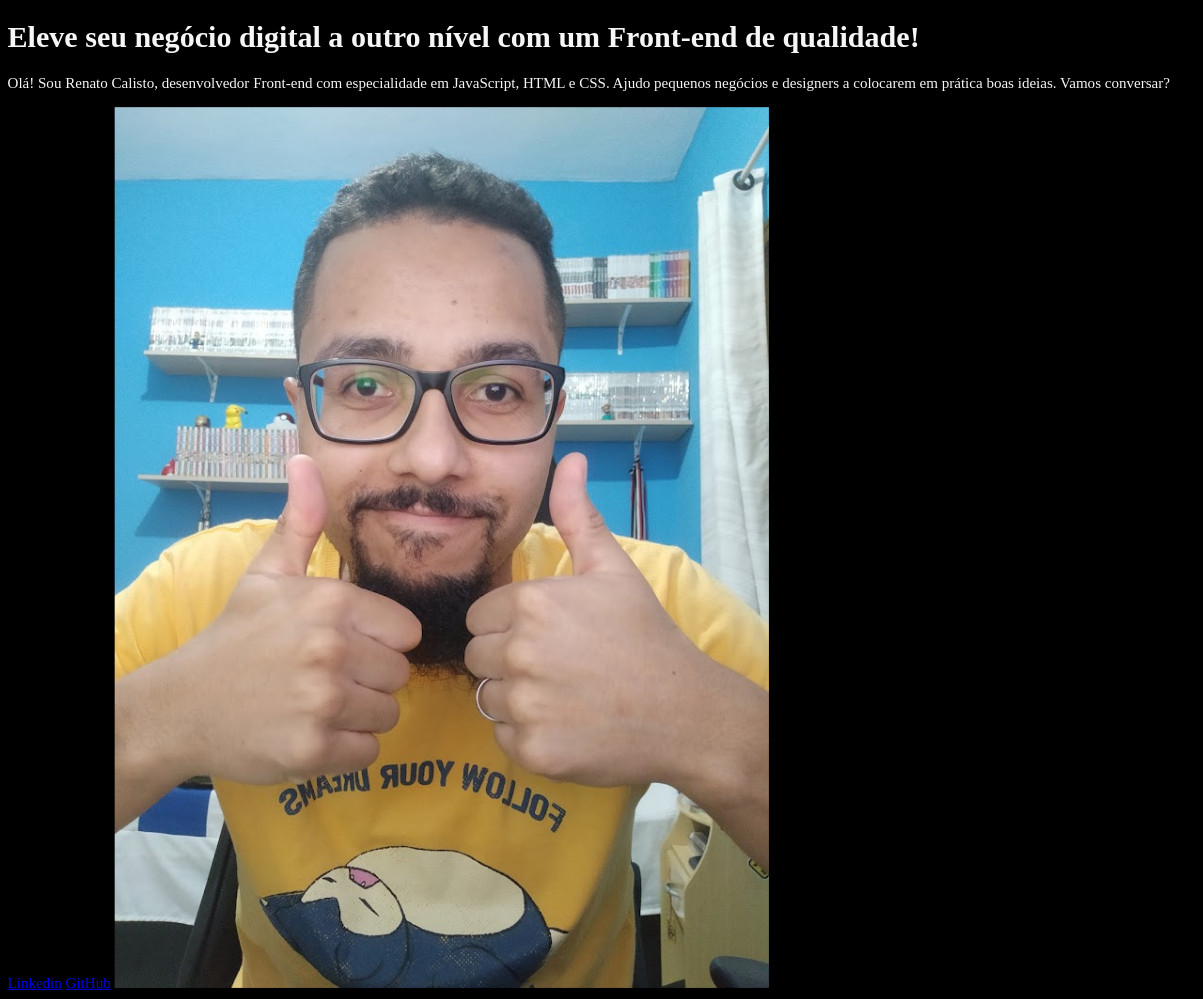
Repository: RenatoCCS/Portfolio_Alura
Page: index.html
The author's editor kept a copy of each file at every save. The page is drawn from the files as they stood at one save, then again after the next save.
The browser window is 1280 px wide. The pictures show the whole page, at 94% of full size.

Above is the page before, as saved 2023-02-24 08:41:01.

### index.html
<!DOCTYPE html>
<html lang="pt-br">
  <head>
    <meta charset="UTF-8" />
    <meta http-equiv="X-UA-Compatible" content="IE=edge" />
    <meta name="viewport" content="width=device-width, initial-scale=1.0" />
    <title>POrtfolio</title>
    <link rel="stylesheet" href="style.css" />
  </head>
  <body>
    <header></header>
    <main>
      <h1>
        Eleve seu negócio digital a outro nível
        <strong> com um Front-end de qualidade! </strong>
      </h1>
      <p>
        Olá! Sou Renato Calisto, desenvolvedor Front-end com especialidade em
        JavaScript, HTML e CSS. Ajudo pequenos negócios e designers a colocarem
        em prática boas ideias. Vamos conversar?
      </p>
      <a href="https://www.linkedin.com/in/renatocalisto/">Linkedin</a>
      <a href="https://github.com/RenatoCCS">GitHub</a>
      <img
        src="renato.jpg"
        alt="Renato fazendo sinal de positivo com ambas as mãos"
      />
    </main>
    <footer></footer>
  </body>
</html>

### style.css
body {
  background-color: #000000;
  color: #f6f6f6;
}

After the next save:
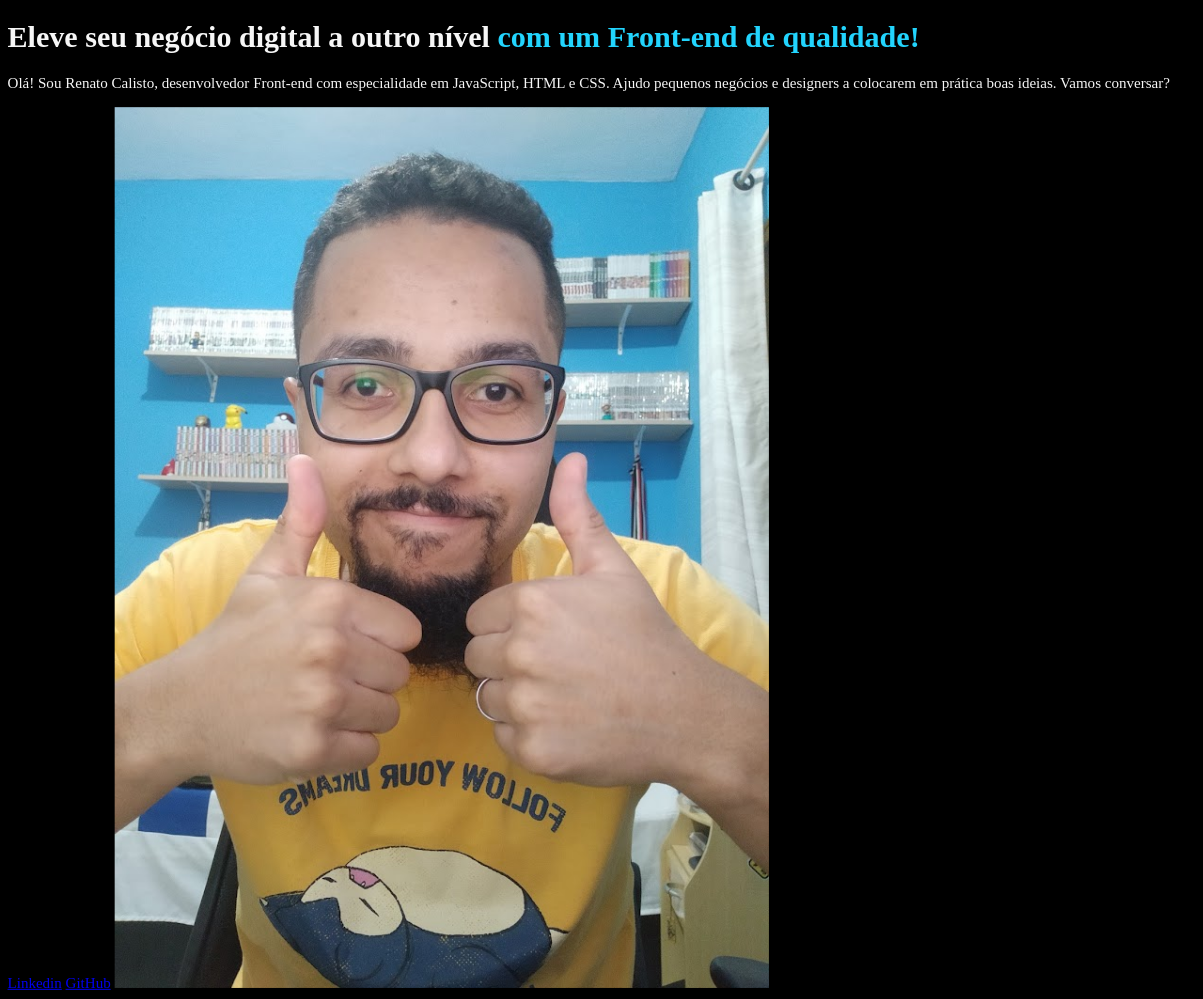
Saved 5 min 5 s later.
--- a/style.css
+++ b/style.css
@@ -2,3 +2,7 @@ body {
   background-color: #000000;
   color: #f6f6f6;
 }
+
+strong {
+  color: #22d4fd;
+}
